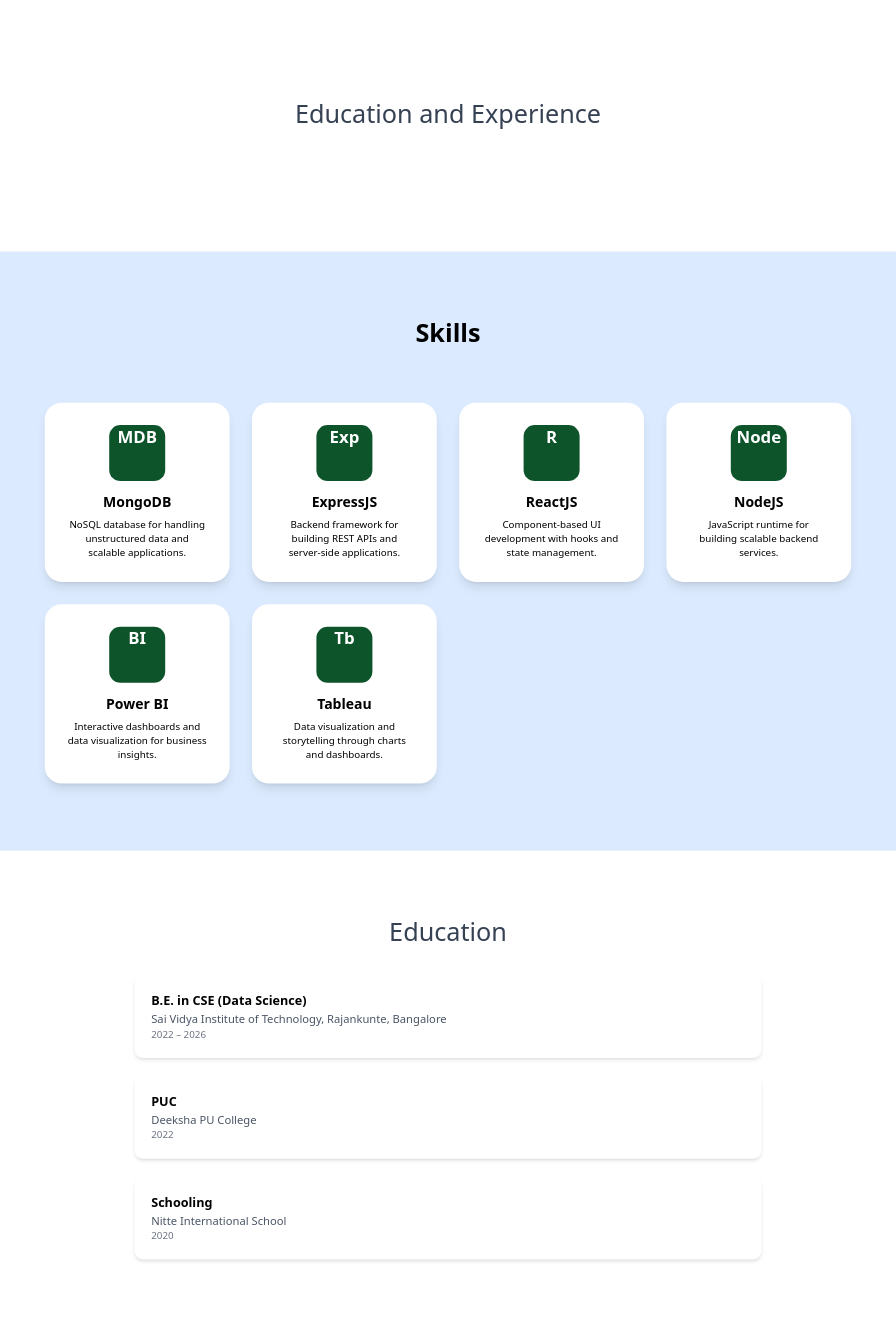
Repository: Rhaashee/myProfile
Page: index.html
The author's editor kept a copy of each file at every save. The page is drawn from the files as they stood at one save, then again after a run of saves.
The browser window is 1280 px wide. The pictures show the part of the page from y = 1945 to 3865 px (the page is 3865 px tall), at 70% of full size.

Above is the page before, as saved 2026-04-29 16:32:52.
Console error: SyntaxError: Identifier 'projectsData' has already been declared

### index.html
<!-- MERN_Stu_FebMay26Mys\W4\D5\portfolio-project\index.html -->
<!DOCTYPE html>
<html lang="en">

<head>
    <meta charset="UTF-8">
    <meta name="viewport" content="width=device-width, initial-scale=1.0">

    <title>Week 3 & 4 Portfolio Project</title>

    <script src="https://cdn.jsdelivr.net/npm/@tailwindcss/browser@4"></script>

    <link rel="stylesheet" href="css/custom.css">

</head>

<body>
    <!-- HERO SECTION -->

    <section
        class="min-h-screen flex flex-col lg:flex-row lg:items-center lg:justify-between px-8 lg:px-16 py-20 gap-12 lg:gap-20">

        <div class="order-2 lg:order-1 flex-1 lg:max-w-lg text-center lg:text-left">

            <h1 class="text-5xl mb-6 font-bold" style="font-family: 'Poppins', sans-serif;">Rhaashee L</h1>

            <p class="text-xl lg:text-2xl text-slate-600 font-bold mb-10 max-w-md mx-auto lg:mx-0">
                Full-Stack developer | MERN enthusiast | Competitive Programmer
            </p>

            <div
                class="flex flex-col sm:flex-row gap-4 justify-center lg:justify-start items-center lg:items-start mb-8">

                <a href="#projects" class="bg-red-400 hover:bg-green-500 px-10 py-4 rounded shadow-xl">
                    View Projects
                </a>

                <a href="#resume" class="bg-blue-400 hover:bg-green-500 px-10 py-4 rounded shadow-xl">
                    Download Resume
                </a>

            </div>

            <div class="flex flex-wrap gap-6 justify-center lg:justify-start text-sm font-bold">

                <span>100+ Github commits</span>
                <span>50 LeetCode Questions Solved</span>
                <span>1 live projects completed</span>

            </div>

        </div>

        <div class="order-1 lg:order-2 w-full lg:w-96 max-w-sm mx-auto lg:mx-0">

            <img src="assets/images/img.jpg" alt="My photo"
                class="aspect-square w-full rounded shadow-lg mx-auto lg:mx-0 hover:ring-blue-500 transition-all duration-300 hover:scale-[1.02]"
                loading="lazy">

        </div>

    </section>

    <!-- NAVBAR -->

    <nav class="sticky top-0 z-50 bg-white/95 backdrop-blur-md border-b shadow-lg">

        <div class="max-w-7xl mx-auto px-6 py-4 flex items-center justify-between">

            <a href="#"
                class="text-2xl font-bold bg-clip-text bg-gradient-to-r from-red-400 to-slate-700 text-transparent">
                RL
            </a>

            <ul class="hidden md:flex items-center gap-10">

                <li><a href="#projects" class="text-lg font-bold hover:text-blue-600">Projects</a></li>

                <li><a href="#experience" class="text-lg font-bold hover:text-blue-600">Experience</a></li>

                <li><a href="#skills" class="text-lg font-bold hover:text-blue-600">Skills</a></li>

            </ul>
            <button id="theme-toggle" class="bg-blue-200 px-4 py-2 rounded font-bold">Theme</button>
            <a href="#contact" class="bg-red-400 hover:bg-green-500 rounded transition-all duration-300 px-8 py-3">
                Let's talk
            </a>

        </div>

    </nav>

    <!-- PROJECTS -->

    <section id="projects" class="py-24 px-8 lg:px-16">

        <div class="max-w-7xl mx-auto">

            <div class="text-center mb-10">

                <h2 class="text-4xl lg:text-5xl mb-6">My Projects</h2>

                <p class="text-xl max-w-2xl mx-auto">
                    Enterprise scale full-stack applications built with modern frameworks
                </p>

            </div>

            <!-- Project Search (Feature will attach here) -->

            <div class="mb-10 text-center">

                <input id="project-search" type="text" placeholder="Search projects..."
                    class="border rounded px-6 py-3 w-full max-w-md">

            </div>

            <!-- Project Filter Bar -->

            <div id="project-filters" class="flex flex-wrap justify-center gap-4 mb-12">
            </div>

            <!-- Dynamic container for projects -->

            <div id="projects-container" class="grid grid-cols-1 md:grid-cols-2 lg:grid-cols-3 gap-8">
            </div>

        </div>

    </section>

    <!-- EXPERIENCE -->

    <section id="experience" class="py-24 px-8 lg:px-16">

        <div class="max-w-4xl mx-auto">

            <h2 class="text-4xl text-gray-700 text-center mb-20">
                Education and Experience
            </h2>

            <!-- existing experience cards remain unchanged -->

        </div>

    </section>

    <!-- SKILLS -->

    <section id="skills" class="py-24 px-8 lg:px-16 bg-blue-100">

        <div class="max-w-7xl mx-auto">

            <h2 class="text-4xl text-center font-bold mb-20">
                Skills
            </h2>

            <!-- Dynamic Skills Container -->

            <div id="skills-container" class="grid grid-cols-1 md:grid-cols-2 lg:grid-cols-4 gap-8">
            </div>

        </div>

    </section>

    <!-- CONTACT MODAL -->

    <button id="modal-trigger"
        class="fixed bottom-8 right-8 w-16 h-16 bg-blue-900 text-white rounded-full shadow-2xl flex items-center justify-center text-2xl font-bold">
        ☏
    </button>

    <div id="contact-modal" class="fixed inset-0 z-50 hidden bg-black/50 backdrop-blur-md">

        <div class="flex items-center justify-center min-h-screen p-4">

            <div id="modal-content"
                class="bg-white w-full max-w-md rounded-2xl shadow-2xl scale-95 opacity-0 transition-all duration-300">

                <div class="sticky top-0 border-b p-8 pt-12 bg-white">

                    <h3 class="text-2xl font-bold">Contact Me</h3>

                    <button id="modal-close" class="absolute top-6 right-6 text-2xl font-bold">
                        ×
                    </button>

                </div>

                <form id="contact-form" class="p-8 space-y-4">

                    <input id="contact-name" type="text" placeholder="Your name"
                        class="w-full border rounded px-4 py-3">

                    <input id="contact-email" type="email" placeholder="email@website.com"
                        class="w-full border rounded px-4 py-3">

                    <p id="form-message" class="text-sm text-red-500"></p>

                    <div class="flex flex-col sm:flex-row gap-4 pt-4">

                        <button type="button" id="form-cancel" class="flex-1 font-bold py-4 px-6">
                            Cancel
                        </button>

                        <button type="submit" class="flex-1 font-bold py-4 px-6">
                            Submit
                        </button>

                    </div>

                </form>

            </div>

        </div>

    </div>
    <!--Education and experience-->
    <section id="experience" class="py-24 px-8 lg:px-16">

        <div class="max-w-4xl mx-auto">

            <h2 class="text-4xl text-gray-700 text-center mb-10">
                Education
            </h2>

            <!-- Dynamic Education -->
            <div id="education-container"></div>

        </div>

    </section>
    <!-- SWIPE TO HOME BUTTON -->

    <button id="home-swiper"
        class="fixed bottom-8 left-8 bg-pink-200 text-white px-5 py-3 rounded-full shadow-xl hover:bg-blue-600 transition">
        Back to Home
    </button>
    <!-- MAIN JS ENTRY-->

    <script src="js/data/projects.js"></script>
    <script src="js/data/skills.js"></script>
    <script src="js/features/skills-render.js"></script>
    <script src="js/features/modal.js"></script>
    <script src="js/features/contact-validation.js"></script>
    <script src="js/features/theme-toggle.js"></script>
    <script src="js/data/projects.js"></script>
    <script src="js/features/project-filter.js"></script>
    <script src="js/features/project-search.js"></script>
    <script src="js/main.js"></script>
    <script src="js/features/BackToTop.js"></script>
    <script src="js/data/education.js"></script>
    <script src="js/features/education-render.js"></script>



</body>

</html>

### css/custom.css
.dark-mode{
    background-color: black;
    color: white;
}
.dark-mode nav{
    background-color: rgb(178, 173, 173);
    color: white;
}
.dark-mode section{
    background-color: rgb(0, 0, 0);
    color: white;
}
.dark-mode .bg-blue-100{
    background-color: rgb(235, 236, 240);
    color: rgb(153, 145, 145);
}
.dark-mode .bg-white{
    background-color: rgb(0, 0, 0);
}
.dark-mode .text-gray-700{
    color: white;
}
.line-clamp-2 {
  display: -webkit-box;
  -webkit-line-clamp: 2;
  -webkit-box-orient: vertical;
  overflow: hidden;
}

### js/data/projects.js
const projectsData = [
  {
    id: 1,
    name: "Virtual Herbal Garden – AYUSH Soap Products",
    category: "Web Development",
    description:
      "Designed an interactive platform for exploring herbal plants and their uses in AYUSH soap products, providing detailed plant and product information.",
    technologies: ["Python", "HTML", "CSS"],
    status: "Completed",
    liveDemo: "#",
    github: "#"
  },
  {
    id: 2,
    name: "AI-Integrated Feedback System for Teachers (Prototype)",
    category: "AI / NLP",
    description:
      "Built a prototype to automate student feedback collection and analysis using NLP techniques, enabling structured insights from textual responses.",
    technologies: ["Python", "Flask", "NLP"],
    status: "Prototype",
    liveDemo: "#",
    github: "#"
  },
  {
    id: 3,
    name: "Portfolio Website",
    category: "Frontend",
    description:
      "Responsive personal portfolio website showcasing projects, skills, and contact information.",
    technologies: ["HTML", "Tailwind CSS", "JavaScript"],
    status: "Live",
    liveDemo: "#",
    github: "#"
  },{

    id: 5,
    name: "Land Leasing Platform for Farmers (Ongoing)",
    category: "Web Development",
    description:
      "Developing a web-based platform for secure land leasing with buyer and seller authentication, enabling transparent and efficient transactions.",
    technologies: ["HTML", "CSS", "JavaScript", "MySQL"],
    status: "Completed",
    liveDemo: "#",
    github: "#"
  },
  {
    id: 6,
    name: "BookMyShow Clone",
    category: "MERN",
    description:
      "Full stack movie ticket booking application with AI-powered smart movie suggestions.",
    technologies: ["ReactJS", "ExpressJS", "MongoDB", "NodeJS"],
    status: "Ongoing",
    liveDemo: "#",
    github: "#"
  }

];

### js/data/skills.js

const skillsData = [
  {
    id: 1,
    name: "MongoDB",
    shortLabel: "MDB",
    description: "NoSQL database for handling unstructured data and scalable applications."
  },
  {
    id: 2,
    name: "ExpressJS",
    shortLabel: "Exp",
    description: "Backend framework for building REST APIs and server-side applications."
  },
  {
    id: 3,
    name: "ReactJS",
    shortLabel: "R",
    description: "Component-based UI development with hooks and state management."
  },
  {
    id: 4,
    name: "NodeJS",
    shortLabel: "Node",
    description: "JavaScript runtime for building scalable backend services."
  },
  {
    id: 5,
    name: "Power BI",
    shortLabel: "BI",
    description: "Interactive dashboards and data visualization for business insights."
  },
  {
    id: 6,
    name: "Tableau",
    shortLabel: "Tb",
    description: "Data visualization and storytelling through charts and dashboards."
  },

];

### js/features/skills-render.js
function renderSkills(){
    const skillsContainer = document.getElementById("skills-container");

    if(!skillsContainer){
        console.log("Skills Contianer not found");
        return;
    }
    skillsContainer.innerHTML = "";
    skillsData.forEach(function(skill){
        // to create outer card
        const card = document.createElement("div");
        card.className = "p-8 text-center bg-white rounded-3xl shadow-lg";

        // create icon
        const iconBox = document.createElement("div");
        iconBox.className = "w-20 h-20 mx-auto mb-4 bg-green-900 rounded-2xl flex item-center justify-center";

        // create icon
        const iconText = document.createElement("span");
        iconText.className = "text-2xl text-white font-bold"
        iconText.textContent = skill.shortLabel;

        // Put iconText inside iconBox
        iconBox.appendChild(iconText);

        // create a skill name
        const skillsName = document.createElement("h3");
        skillsName.className = "text-xl font-bold mb-2";
        skillsName.textContent = skill.name;

        // create skill description
        const skillDescription = document.createElement("p");
        skillDescription.className = "text-sm";
        skillDescription.textContent = skill.description;

        // append all child elements to card
        card.appendChild(iconBox);
        card.appendChild(skillsName);
        card.appendChild(skillDescription);

        // append card to skills container
        skillsContainer.appendChild(card);
    });
    console.log("Skills rendered successfully");
}

### js/features/modal.js
function initModal(){
    const modal = document.getElementById("contact-modal");
    const modalContent = document.getElementById("modal-content");
    const modalTrigger = document.getElementById("modal-trigger");
    const modalClose = document.getElementById("modal-close");
    const formCancel = document.getElementById("form-cancel");

    if(!modal || !modalContent || !modalTrigger || !modalClose || !formCancel){
        console.log("Modal element not found");
        return;
    }
    function openModal(){
        modal.classList.remove("hidden");

        setTimeout(function(){
            modalContent.classList.remove("scale-95","opacity-0");
        },10);
    }
    function closeModal(){
        modalContent.classList.add("scale-95","opacity-0");
        setTimeout(function(){
            modal.classList.add("hidden");
        },200);
    }
    modalTrigger.addEventListener("click",openModal);
    modalClose.addEventListener("click",closeModal);
    formCancel.addEventListener("click",closeModal);

    //close when clicking on backdrop
    modal.addEventListener("click",function(event){
        if(event.target === modal){
            closeModal();
        }
    });
    console.log("Modal opened successfully");
}

### js/features/contact-validation.js
function initContactValidation(){
    const contactModal = document.getElementById("contact-modal");
    const contactForm = document.getElementById("contact-form");
    const contactName = document.getElementById("contact-name");
    const contactEmail = document.getElementById("contact-email");
    const formMessage = document.getElementById("form-message");

    if(!contactModal || !contactForm || !contactName || !contactEmail || !formMessage){
        console.log("Contact form elements not found");
        return;
    }

    contactForm.addEventListener("submit",function(event){
        event.preventDefault();

        const name = contactName.value.trim();
        const email = contactEmail.value.trim();

        formMessage.textContent = "";
        formMessage.className = "text-sm";

        // Name validation
        if(name === ""){
            formMessage.textContent = "Name is required";
            formMessage.classList.add("text-red-500");
            contactName.focus();
            return;
        }
        if(name.length < 5){
            formMessage.textContent = "Name must be atleast 5 chars"
            formMessage.classList.add("text-red-500");
            contactName.focus();
            return;
        }
        // Email Validation
        if(email === ""){
            formMessage.textContent = "Email is required";
            formMessage.classList.add("text-red-500");
            contactEmail.focus();
            return;
        }
        const emailPattern = /^[^\s@]+@[^\s@]+\.[^\s@]+$/;

        if(!emailPattern.test(email)){
            formMessage.textContent = "Enter valid email";
            formMessage.classList.add("text-red-500");
            contactEmail.focus();
            return;
        }

        formMessage.textContent = "Meassage Submitted Sucessfully";
        formMessage.classList.add("text-green-600");
        console.log("Valid credentials : ",{name:name,email:email});
        contactForm.reset();
    });
    contactName.addEventListener("input",function(){
        formMessage.textContent = "";
    });
    contactEmail.addEventListener("input",function(){
        formMessage.textContent = "";
    });
}

### js/features/theme-toggle.js
function initThemeToggle(){
    const toggleBtn = document.getElementById("theme-toggle");
    const body = document.body;

    const savedTheme = localStorage.getItem("portfolio-theme");

    if(savedTheme === "dark"){
        body.classList.add("dark-mode");
    }
    toggleBtn.addEventListener("click",function(){
        body.classList.toggle("dark-mode");
        if(body.classList.contains("dark-mode")){
            localStorage.setItem("portfolio-theme","dark");
            console.log("Dark mode enanbled");
        }else{
            localStorage.setItem("portfolio-theme","light");
            console.log("Light mode enanbled");
        }
    });
}

### js/features/project-search.js
// Search
document.addEventListener("DOMContentLoaded", () => {

    const searchInput = document.getElementById("project-search");

    // initial render
    renderProjects(projectsData);
    renderFilters();

    searchInput.addEventListener("input", () => {

        const term = searchInput.value.toLowerCase();

        const filtered = projectsData.filter((p) =>
            p.name.toLowerCase().includes(term) ||
            p.description.toLowerCase().includes(term) ||
            p.technologies.join(" ").toLowerCase().includes(term) ||
            p.category.toLowerCase().includes(term)
        );

        renderProjects(filtered);
    });

});

### js/main.js
document.addEventListener("DOMContentLoaded", function(){
    // Render Skills
    renderSkills();
    initModal();
    initContactValidation();
    initThemeToggle();
    SearchProjects();
})
document.addEventListener("DOMContentLoaded", () => {
  renderEducation();
});

### js/features/BackToTop.js
const swiperButton = document.getElementById("home-swiper");

// safety check (important)
if (swiperButton) {

    // hide initially
    swiperButton.style.display = "none";

    // scroll to top
    swiperButton.addEventListener("click", function () {
        window.scrollTo({
            top: 0,
            behavior: "smooth"
        });
    });

    // show on scroll
    window.addEventListener("scroll", function () {
        if (window.scrollY > 300) {
            swiperButton.style.display = "block";
        } else {
            swiperButton.style.display = "none";
        }
    });

}

### js/data/education.js
const educationData = [
    {
        id: 1,
        title: "B.E. in CSE (Data Science)",
        institution: "Sai Vidya Institute of Technology, Rajankunte, Bangalore",
        percentage: 83,
        duration: "2022 – 2026"
    },
    {
        id: 2,
        title: "PUC",
        institution: "Deeksha PU College",
        percentage: 82,
        duration: "2022"
    },
    {
        id: 3,
        title: "Schooling",
        institution: "Nitte International School",
        percentage: 69,
        duration: "2020"
    }
];

### js/features/education-render.js
function renderEducation() {
    const container = document.getElementById("education-container");

    if (!container) return;

    container.innerHTML = "";

    educationData.forEach((edu) => {

        const card = document.createElement("div");
        card.className =
            "bg-white dark:bg-blue-50 p-6 mb-6 rounded-xl shadow-md hover:shadow-lg transition";

        const title = document.createElement("h3");
        title.className = "text-lg font-bold";
        title.textContent = edu.title;

        const inst = document.createElement("p");
        inst.className = "text-gray-600";
        inst.textContent = edu.institution;

        const score = document.createElement("p");
        score.className = "text-green-600 text-sm";
        score.textContent = edu.score;

        const duration = document.createElement("p");
        duration.className = "text-sm text-gray-500";
        duration.textContent = edu.duration;

        card.append(title, inst, score, duration);
        container.appendChild(card);
    });
}

Loaded but not shown: js/features/project-filter.js (88 lines, source omitted)

After the next 3 saves:
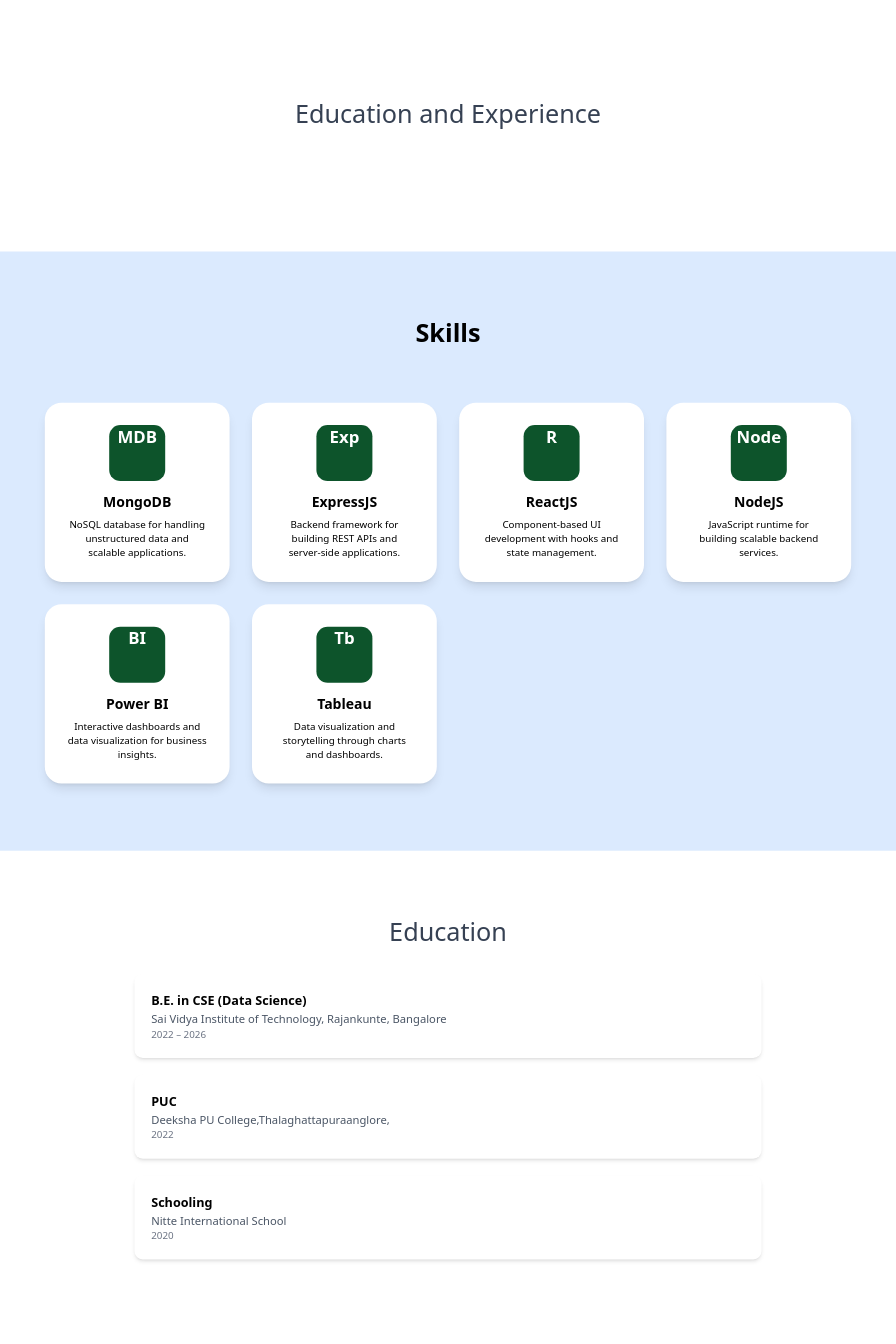
The 3 saves are shown as one change because they came seconds apart.
The last was saved 11 s later.
--- a/js/data/education.js
+++ b/js/data/education.js
@@ -9,7 +9,7 @@
     {
         id: 2,
         title: "PUC",
-        institution: "Deeksha PU College",
+        institution: "Deeksha PU College,Thalaghattapuraanglore,",
         percentage: 82,
         duration: "2022"
     },
